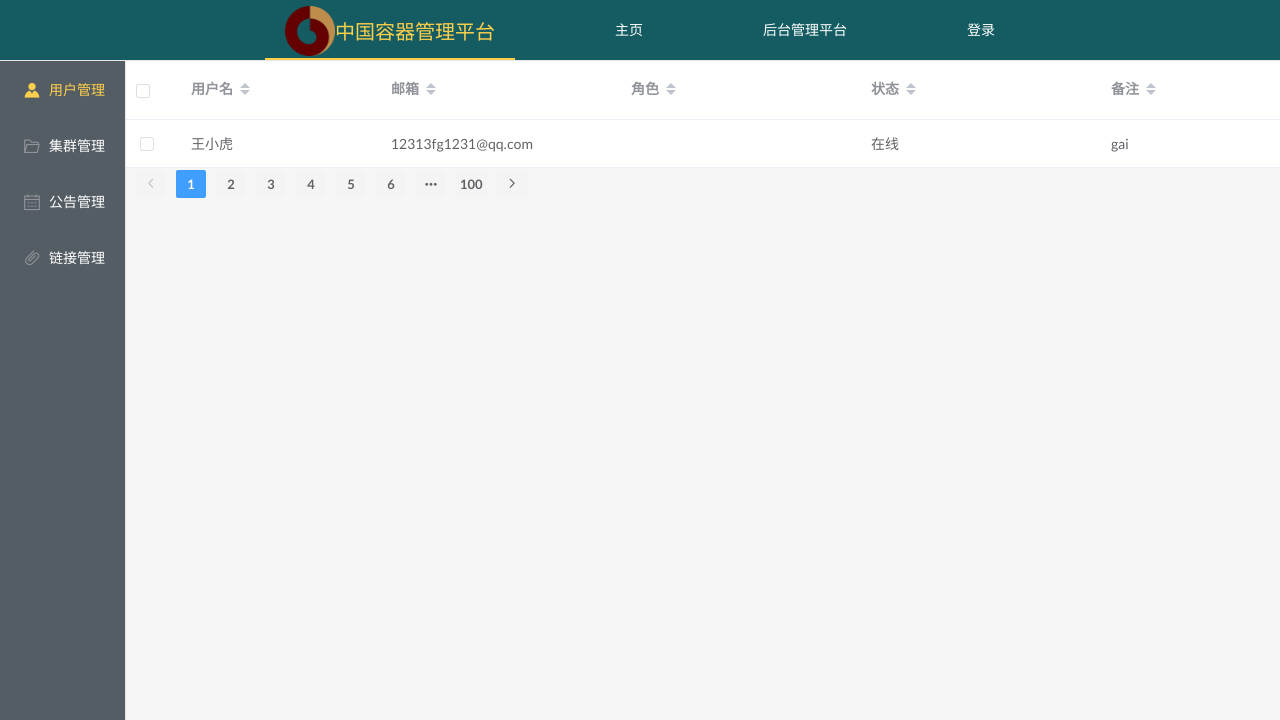
Repository: lei123zhou/zhongjin
Page: /main/management/user
An editor plug-in stored every save of this project. The page is shown before and after the next save, followed by the edit.
The browser window is 1280 px wide. The pictures show the whole page.
The project was rebuilt for these pictures with package versions that can differ from the ones it lists, and the page was loaded fresh each time. Also part of the build but not shown: vue.config.js.

Above is the page before, as saved 2022-08-29 22:23:53.

### src/main.js
import Vue from "vue";
import App from "./App.vue";

Vue.config.productionTip = false;
import "./plugins/element";

import "./main.less";
import router from "./route/index.js";
import store from "./store/index.js";
new Vue({
  router,
  store,
  render: (h) => h(App),
}).$mount("#app");

### src/App.vue
<template>
  <div id="app">
    <router-view></router-view>
  </div>
</template>

<script>
export default {
};
</script>

<style>
#app{
  height: 100%;
  overflow: hidden;

}
</style>>

### src/plugins/element.js
import Vue from "vue";
import {
  Button,
  Form,
  Input,
  Icon,
  FormItem,
  Loading,
  Card,
  Menu,
  MenuItem,
  Submenu,
  Table,
  TableColumn,
  Dropdown,
  DropdownMenu,
  DropdownItem,
  Tooltip,
  Popover,
  Pagination,
  Link,
  Dialog,
  Row,
  Col,
} from "element-ui";
import "element-ui/lib/theme-chalk/index.css";
Vue.use(Button);
Vue.use(Form);
Vue.use(Input);
Vue.use(Icon);
Vue.use(FormItem);
Vue.use(Card);
Vue.use(Menu);
Vue.use(MenuItem);
Vue.use(Submenu);
Vue.use(Table);
Vue.use(TableColumn);
Vue.use(Dropdown);
Vue.use(DropdownMenu);
Vue.use(DropdownItem);
Vue.use(Tooltip);
Vue.use(Popover);
Vue.use(Pagination);
Vue.use(Link);
Vue.use(Dialog);
Vue.use(Row);
Vue.use(Col);
Vue.use(Loading);

### src/main.less
@media (min-width:0px){
    html{font-size:12px;}
}
@media (min-width: 320px){
    html{font-size:12px;}
}
@media (min-width: 340px){
    html{font-size:13px;}
}
@media (min-width: 360px){
    html{font-size:14px;}
}
@media (min-width: 380px){
    html{font-size:15px;}
}
@media (min-width: 400px){
    html{font-size:15px;}
}
@media (min-width: 420px){
    html{font-size:16px;}
}
*{
    margin: 0;
    padding: 0;
}
ul,ol,li,dl{
    list-style-type: none;
}
a{
    text-decoration: none;
}
html,body{
    height: 100%;

    overflow: hidden;

}
body{
    font-family: 'Trebuchet MS', 'Lucida Sans Unicode', 'Lucida Grande', 'Lucida Sans', Arial, sans-serif;
    color: #666;
    line-height: 1.5;
}
.bottom-border,
.top-border {
  position: relative;
}

.bottom-border::after,
.top-border::before {
  content: '';
  position: absolute;
  left: 0;
  right: 0;
  height: 1px;
  background-color:#d43c33;
  transform: scaleY(0.5);
}

.top-border::before {
  top: 0;
}

.bottom-border::after {
  bottom: 0;
}

### src/route/index.js
import Vue from "vue";
import VueRouter from "vue-router";
Vue.use(VueRouter);
const originPush = VueRouter.prototype.push;
VueRouter.prototype.push = function push(location) {
  return originPush.call(this, location).catch((err) => err);
};
const routes = [
  { path: "/", redirect: "/login" },
  {
    path: "/login",
    name: "login",
    component: () => import("../pages/login/LoginPage.vue"),
  },
  {
    path: "/main",
    name: "main",
    component: () => import("../pages/main/MainPage.vue"),
    children: [
      { path: "", redirect: "/main/home" },
      {
        path: "home",
        name: "home",
        component: () => import("../pages/home/HomePage.vue"),
      },
      {
        path: "management",
        name: "management",
        component: () => import("../pages/management/ManagementPage.vue"),
        children: [
          { path: "", redirect: "/main/management/user" },
          {
            path: "user",
            name: "user",
            component: () => import("../pages/management/user/UserPage.vue"),
          },
          {
            path: "link",
            name: "link",
            component: () => import("../pages/management/link/LinkPage.vue"),
          },
          {
            path: "colony",
            name: "colony",
            component: () =>
              import("../pages/management/colony/ColonyPage.vue"),
          },
          {
            path: "notice",
            name: "notice",
            component: () =>
              import("../pages/management/notice/NoticePage.vue"),
          },
        ],
      },
    ],
  },
];
const router = new VueRouter({
  routes,
  mode: "history",
});
export default router;

### src/store/index.js
import Vue from 'vue';
import Vuex from 'vuex';
Vue.use(Vuex);
export default new Vuex.Store({
    state:{},
    getters:{},
    mutations:{}
})

### src/pages/main/MainPage.vue
<template>
  <div class="main">
    <div class="heard">
      <el-menu
        :default-active="activeIndex2"
        class="el-menu-demo"
        mode="horizontal"
        @select="handleSelect"
        background-color="#145c61"
        text-color="#fff"
        active-text-color="#ffd04b"
      >
        <el-menu-item index="1">
          <template slot="title">
            <img src="../../assets/u2.png" alt="" id="logo" />
            <span class="login-title">中国容器管理平台</span>
          </template></el-menu-item
        >
        <el-menu-item index="2">主页</el-menu-item>
        <el-menu-item index="3" @click="toManagement"
          >后台管理平台</el-menu-item
        >
        <el-menu-item index="null">登录</el-menu-item>
      </el-menu>
    </div>
    <router-view></router-view>
  </div>
</template>

<script>
export default {
  data() {
    return {
      activeIndex: "1",
      activeIndex2: "1",
    };
  },
  methods: {
    handleSelect(key, keyPath) {
      console.log(key, keyPath);
    },
    toManagement() {
      this.$router.push("/main/management");
    },
  },
};
</script>
<style lang="less" scoped>
.main {
  display: flex;
  flex-direction: column;
  justify-content: start;
  background-color: #f6f6f6;
  height: 100%;
  .heard {
    width: 100%;
    background-color: "#145c61";
  }
}
.login-title {
  font-size: 20px;
  line-height: 61px;
}
.clearfix {
  display: flex;
  align-content: center;
  justify-content: space-around;
}
#logo {
  width: 50px;
}
/deep/.el-menu.el-menu--horizontal {
  display: flex;
  justify-content: center;
  li {
    margin: 0 40px;
    padding: 0 20px;
  }
}
</style>

### src/pages/management/ManagementPage.vue
<template>
  <div class="manangement">
    <el-menu
      default-active="user"
      class="el-menu-vertical-demo"
      @open="handleOpen"
      @close="handleClose"
      background-color="#545c64"
      text-color="#fff"
      active-text-color="#ffd04b"
      router
    >
      <el-menu-item index="user">
        <i class="el-icon-s-custom"></i>
        <span slot="title">用户管理</span>
      </el-menu-item>
      <el-menu-item index="colony">
        <i class="el-icon-folder-opened"></i>
        <span slot="title">集群管理</span>
      </el-menu-item>
      <el-menu-item index="notice">
        <i class="el-icon-date"></i>
        <span slot="title">公告管理</span>
      </el-menu-item>
      <el-menu-item index="link">
        <i class="el-icon-paperclip"></i>
        <span slot="title">链接管理</span>
      </el-menu-item>
    </el-menu>
    <router-view></router-view>
  </div>
</template>

<script>
export default {
  methods: {
    handleOpen(key, keyPath) {
      console.log(key, keyPath);
    },
    handleClose(key, keyPath) {
      console.log(key, keyPath);
    },
  },
};
</script>

<style lang="less" scoped>
.manangement {
  display: flex;
  width: 100%;
  height: 100%;
  .el-menu{
    width: 200px;
  }
}

</style>

### src/pages/management/user/UserPage.vue
<template>
  <div class="user">
    <el-table
      ref="multipleTable"
      :data="tableData"
      tooltip-effect="dark"
      style="width: 100%"
      @selection-change="handleSelectionChange"
    >
      <el-table-column type="selection" width="55"> </el-table-column>
      <el-table-column prop="username" label="用户名" sortable width="200">
      </el-table-column>
      <el-table-column prop="email" label="邮箱" sortable width="240">
      </el-table-column>
      <el-table-column prop="role" label="角色" sortable width="240">
      </el-table-column>
      <el-table-column prop="state" label="状态" sortable width="240">
      </el-table-column>
      <el-table-column prop="comment" label="备注" sortable width="240">
      </el-table-column>
      <el-table-column prop="ldapid" label="ldapid" :formatter="formatter">
      </el-table-column>
      <el-table-column label="操作">
        <el-popover placement="right" width="40" trigger="hover">
          <template slot-scope="scope">
            <el-button size="mini" @click="handleEdit(scope.$index, scope.row)"
              >编辑</el-button
            >
            <el-button
              size="mini"
              type="danger"
              @click="handleDelete(scope.$index, scope.row)"
              >删除</el-button
            >
          </template>
          <i slot="reference" class="el-icon-more"></i>
        </el-popover>
      </el-table-column>
    </el-table>
    <el-pagination background layout="prev, pager, next" :total="1000">
    </el-pagination>
    <div style="margin-top: 20px" v-if="allDel">
      <el-button @click="toggleSelection([tableData[1], tableData[2]])"
        >全部删除</el-button
      >
      <el-button @click="toggleSelection()">取消选择</el-button>
    </div>
  </div>
</template>

<script>
export default {
  data() {
    return {
      allDel: false,
      tableData: [
        {
          username: "王小虎",
          email: "12313fg1231@qq.com",
          state: "在线",
          comment:"gai",
          address: "上海市普陀区金沙江路 1518 弄",
        },
      ],
    };
  },
  methods: {
    toggleSelection(rows) {
      if (rows) {
        rows.forEach((row) => {
          this.$refs.multipleTable.toggleRowSelection(row);
        });
      } else {
        this.$refs.multipleTable.clearSelection();
      }
    },
    handleSelectionChange(val) {
      this.multipleSelection = val;
      this.allDel = !this.allDel;
    },
    // 编辑删除
    handleEdit(index, row) {
      console.log(index, row);
    },
    handleDelete(index, row) {
      console.log(index, row);
    },

    formatter(row) {
      return row.ldapid;
    },
  },
};
</script>

<style lang="less" scoped>
.user {
  width: 100%;
}
</style>

Loaded but not shown: public/index.html (common file)

After the next save:
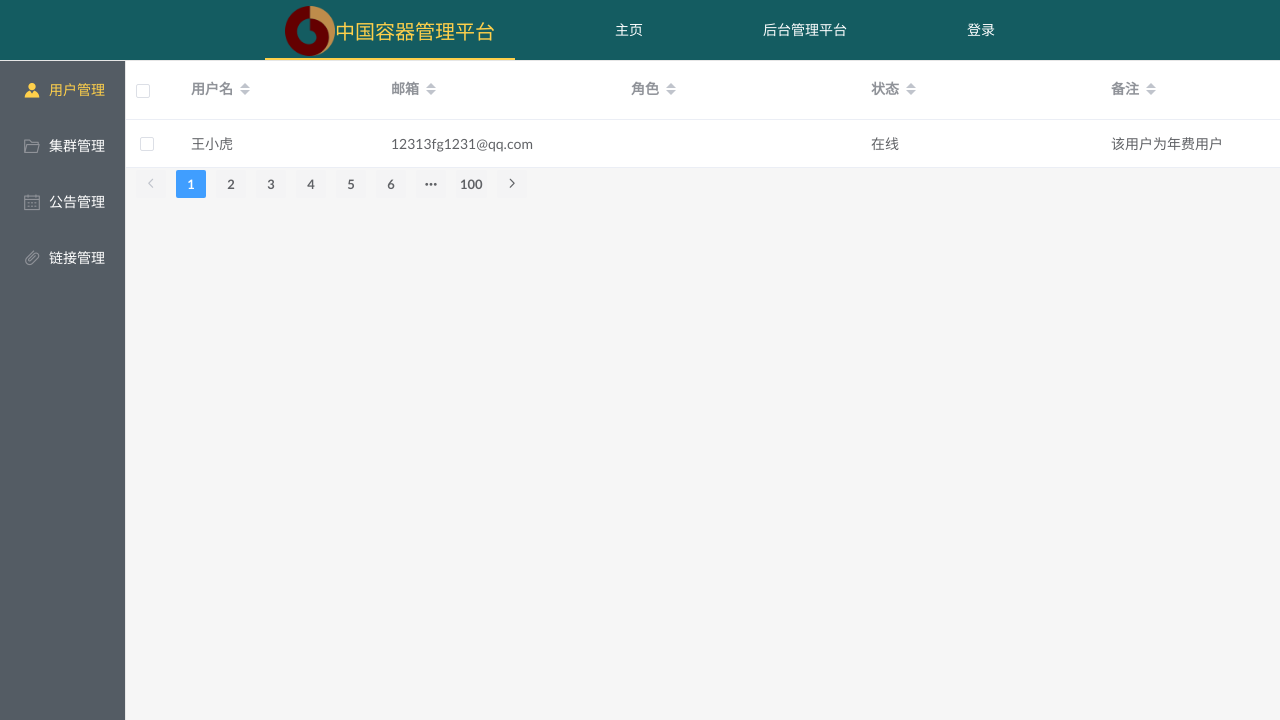
Saved 5 s later.
--- a/src/pages/management/user/UserPage.vue
+++ b/src/pages/management/user/UserPage.vue
@@ -58,7 +58,7 @@ export default {
           username: "王小虎",
           email: "12313fg1231@qq.com",
           state: "在线",
-          comment:"gai",
+          comment:"该用户为年费用户",
           address: "上海市普陀区金沙江路 1518 弄",
         },
       ],
